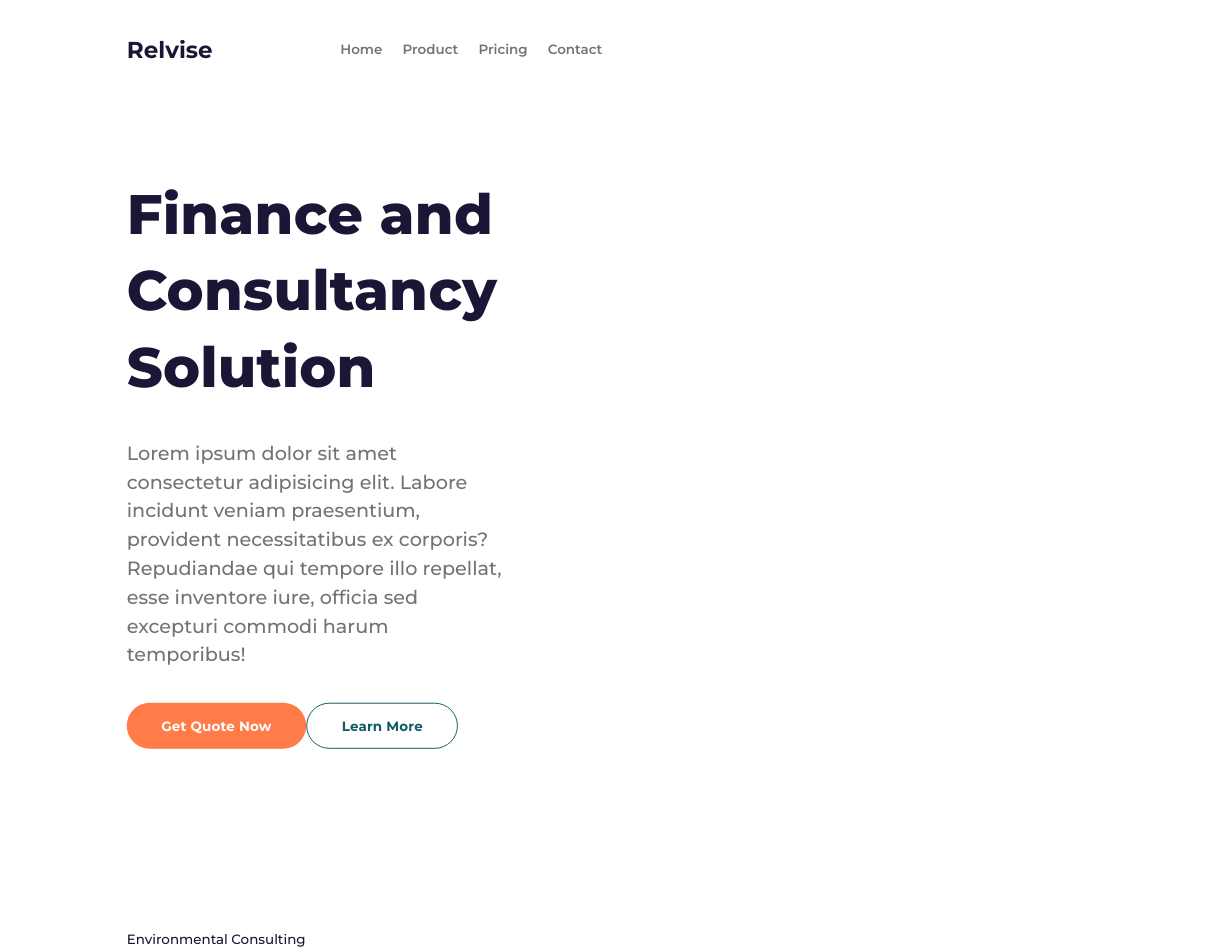
Repository: usalokiN/simple-project
Page: index.html
The author's editor kept a copy of each file at every save. The page is drawn from the files as they stood at one save, then again after the next save.
The browser window is 1280 px wide. The pictures show the whole page, at 96% of full size.

Above is the page before, as saved 2022-01-16 20:07:15.

### index.html
<!DOCTYPE html>
<html lang="en">

<head>
    <meta charset="UTF-8">
    <meta http-equiv="X-UA-Compatible" content="IE=edge">
    <meta name="viewport" content="width=device-width, initial-scale=1.0">
    <link rel="stylesheet" href="https://fonts.googleapis.com/css?family=Montserrat:regular,500,600,700,800&display=swap">
    <link rel="stylesheet" href="css/style.css">
    <meta author="NikoDyachenko">
    <title>Simple project</title>


</head>

<body>
    <div class="wrapper">
        <header class="header">
            <div class="header__container _container">
                <a href="" class="header__logo">
                    Relvise
                </a>
                <nav class="header__menu menu">
                    <ul class="menu__list">
                        <li class="menu__item">
                            <a href="" class="menu__link">Home</a>
                        </li>
                        <li class="menu__item">
                            <a href="" class="menu__link">Product</a>
                        </li>
                        <li class="menu__item">
                            <a href="" class="menu__link">Pricing</a>
                        </li>
                        <li class="menu__item">
                            <a href="" class="menu__link">Contact</a>
                        </li>
                    </ul>
                </nav>
            </div>
    </div>
    </header>
    <main class="page">
        <div class="page__main-block main-block">
            <div class="main-block_containter _container">
                <div class="main-block__body">
                    <h1 class="main-block__title">Finance and Consultancy Solution</h1>
                    <div class="main-block__text">Lorem ipsum dolor sit amet consectetur adipisicing elit. Labore incidunt veniam praesentium, provident necessitatibus ex corporis? Repudiandae qui tempore illo repellat, esse inventore iure, officia sed excepturi commodi harum temporibus!

                    </div>
                    <div class="main-block__buttons">
                        <a href="" class="main-block__button main-block__button_orange">Get Quote Now</a>
                        <a href="" class="main-block__button main-block__button_border">Learn More</a>

                    </div>
                </div>
            </div>
        </div>
        <div class="main-block__image">
            <!-- <img src="" alt="cover"> -->
        </div>
        <div class="page__services services">
            <div class="services__conateiner _container">
                <div class="services__body">
                    <div class="services__column">
                        <div class="services__item item-service">
                            <div class="item-service__icon"></div>
                            <div class="item-service__title">Environmental Consulting</div>
                            <div class="item-service__text                         "></div>

                        </div>
                    </div>
                </div>
            </div>
        </div>
    </main>
    <footer class="footer "></footer>
    </div>
</body>

</html>

### css/style.css
        *,
         ::before,
         ::after {
            padding: 0;
            margin: 0;
            bottom: 0;
            box-sizing: border-box;
        }

        a {
            text-decoration: none;
        }

        ul,
        ol,
        li {
            list-style: none;
        }

        img {
            vertical-align: top;
        }

        h1,
        h2,
        h3,
        h4,
        h5,
        h6 {
            font-weight: inherit;
            font-style: inherit;
        }

        html,
        body {
            height: 100%;
            line-height: 1;
            font-size: 14px;
            font-weight: 500;
            color: rgb(28, 21, 54);
            font-family: Montserrat;
        }

        .wrapper {
            /* max-height: 100%; */
            overflow: hidden;
        }
        /* ================================================================================== */

        ._container {
            max-width: 1046px;
            margin: 0px auto;
            padding: 0 15px;
        }

        ._ibg {
            position: relative;
        }

        .ibg img {
            position: absolute;
            width: 100%;
            height: 100%;
            top: 0;
            left: 0;
            object-fit: cover;
        }
        /* ----------------------------------------HEADER------------------------------------------------------- */

        .header {
            position: absolute;
            width: 100%;
            left: 0;
            top: 0;
            z-index: 50;
        }

        .header__container {
            display: flex;
            min-height: 104px;
            align-items: center;
        }

        @media (max-width: 479px) {
            .header__container {
                min-height: 85px;
            }
        }

        ._container {}

        .header__logo {
            font-size: 24px;
            font-weight: 700;
            color: inherit;
        }

        .header__menu {
            margin: 0 0 0 133px;
        }

        @media (max-width: 992px) {
            .header__menu {
                margin: 0 0 0 80px;
            }
        }

        @media (max-width: 762px) {
            .header__menu {
                margin: 0 0 0 40px;
            }
        }

        @media (max-width: 479px) {
            .header__menu {
                margin: 0 0 0 20px;
            }
        }

        .menu {
            padding: 5px 0;
        }

        .menu__list {
            display: flex;
            flex-wrap: wrap;
        }

        .menu__item {}

        .menu__item:not(:last-child) {
            margin: 0 21px 0 0px;
            /* Отступы у каждого кроме последнего элемента */
        }

        .menu__link {
            color: #737373;
            font-weight: 600;
            line-height: calc(24/14 * 100%);
            /*171% - процет отступа. Формула расчета при 14px шрифта*/
        }

        @media (max-width: 479) {
            .menu__link {
                font-size: 18px;
            }
        }
        /* MAIN */

        .page {
            flex: 1 1 auto;
        }
        /* FOOTER */

        .footer {}
        /* MAIN-BLOCK */

        .page__main-block {}

        .main-block {
            position: relative;
            ;
        }

        .main-block_containter {}

        ._container {}

        .main-block__body {
            padding: 184px 0px 191px 0px;
            position: relative;
            z-index: 2;
            max-width: 400px;
        }

        .main-block__body>*:not(:last-child) {
            margin: 0 0 35px 0;
        }

        .main-block__title {
            font-size: 58px;
            line-height: 137%;
            font-weight: 800;
            letter-spacing: 0.2px;
        }

        @media (max-width:497px) {
            .main-block__title {
                font-size: 42px;
            }
        }

        .main-block__text {
            color: #737373;
            font-size: 20px;
            line-height: 1.5;
        }

        .main-block__buttons {
            display: inline-flex;
            flex-wrap: wrap;
            margin: -10px 0;
        }

        .main-block__button {
            border-radius: 37px;
            display: flex;
            min-height: 48px;
            justify-content: center;
            align-items: center;
            letter-spacing: 0.2px;
            font-weight: 700;
            line-height: 150%;
            padding: 5px 36px;
            text-align: center;
            margin: 10px 0;
        }

        @media(max-width:479px) {
            .main-block__button:not(:last-child) {
                margin-right: 10px;
            }
        }

        .main-block__button_orange {
            background: #ff7b47;
            color: #fff;
        }

        .main-block__button_border {
            color: #0d5c63;
            border: 1px solid #0d5c63;
        }

        .main-block__image {
            position: absolute;
            width: 100%;
            height: 100%;
            top: 0;
            left: 0;
        }

        @media (max-width:1300px) {
            .main-block__image img {
                object-fit: right;
            }
        }

        @media (max-width:992px) {
            .main-block__image {
                opacity: 0.5;
            }
        }

After the next save:
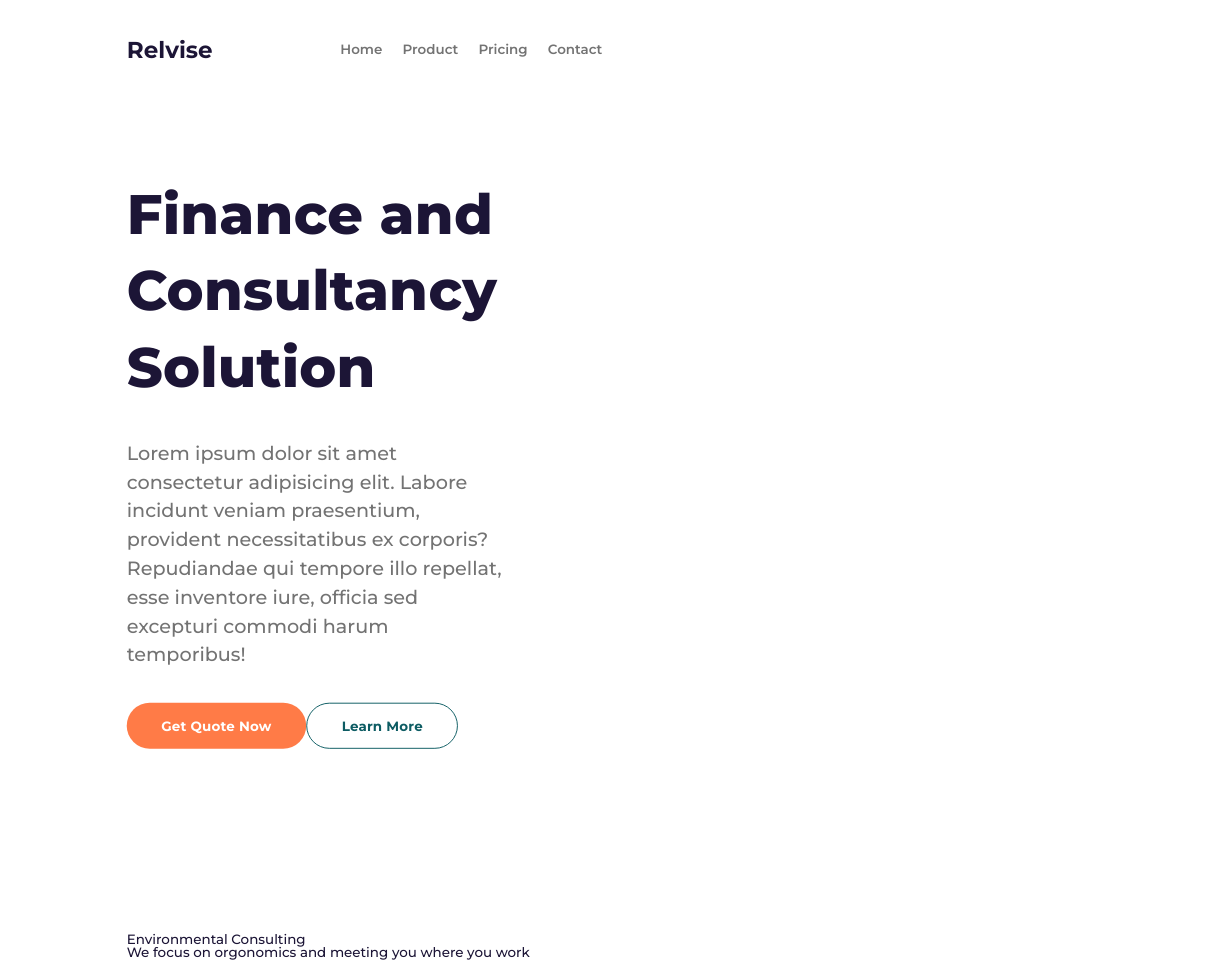
Saved 22 s later.
--- a/index.html
+++ b/index.html
@@ -65,7 +65,7 @@
                         <div class="services__item item-service">
                             <div class="item-service__icon"></div>
                             <div class="item-service__title">Environmental Consulting</div>
-                            <div class="item-service__text                         "></div>
+                            <div class="item-service__text                         ">We focus on orgonomics and meeting you where you work</div>
 
                         </div>
                     </div>
